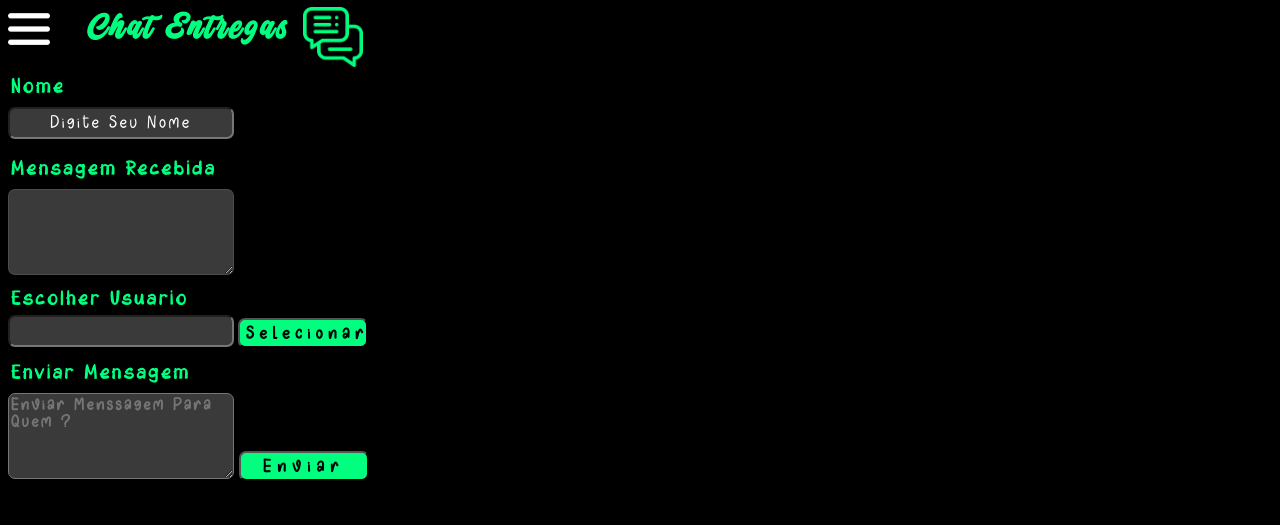
Repository: alfredo-allan/relatorioentregas
Page: pages/chatapp.html
An editor plug-in stored every save of this project. The page is shown before and after a run of saves, followed by the edit.
The browser window is 1280 px wide. The pictures show the whole page.

Above is the page before, as saved 2024-05-12 11:44:03.
Console error: TypeError: Cannot set properties of null (setting 'value')

### pages/chatapp.html
<!DOCTYPE html>
<html lang="pt-BR">
  <head>
    <meta charset="UTF-8" />
    <meta name="viewport" content="width=device-width, initial-scale=1.0" />
    <link rel="stylesheet" href="../style/styles.css" />
    <title>ChatApp</title>
  </head>
  <body>
    <header id="ChatApp">
      <img id="menu-icon" src="../img/barra-de-menu.png" alt="" />
      <div id="menu-options">
        <ul>
          <a href="/index.html"><li>Registrar Entrega</li></a>
          <a href="/pages/apagar.html"><li>Apagar Entrega</li></a>
          <a href="/pages/consultar.html"><li>Consultar Entregas</li></a>
          <a href="/pages/registrar.html"><li>Registar-Se</li></a>
        </ul>
      </div>
      <h1 id="textchat">Chat Entregas</h1>
      <img id="imgchat" src="../img/bater-papo.png" alt="" />
    </header>
    <div id="login">
      <span>Nome</span> <br />
      <input id="nomeusuario" type="text" placeholder="Digite Seu Nome" />
    </div>
    <div id="message">
      <span>Mensagem Recebida</span> <br />
      <div id="msgRecebida">
        <textarea id="msgInput" rows="4" disabled></textarea>
        <!-- Alterado para <textarea> -->
      </div>
    </div>
    <span>Escolher Usuário</span>
    <ul></ul>
    <div id="usuarios"></div>
    <br />
    <input id="lstUsu" type="text" />
    <button style="letter-spacing: 6px" id="ctsUsu">Selecionar</button>

    <div id="msgEnviar">
      <span>Enviar Mensagem</span> <br />
      <textarea
        placeholder="Enviar Menssagem Para Quem ?"
        id="enviarMsg"
        type="text"
      ></textarea>
      <button id="enviarmsg">Enviar</button>
    </div>
  </body>
  <script>
    document.addEventListener("DOMContentLoaded", function () {
      const nomeUsuarioInput = document.getElementById("nomeusuario");
      const msgInputTextarea = document.getElementById("msgInput");

      nomeUsuarioInput.addEventListener("change", function () {
        const username = nomeUsuarioInput.value;
        fetch(`http://192.168.10.20:8001/get_users?username=${username}`)
          .then((response) => {
            if (!response.ok) {
              throw new Error("Network response was not ok");
            }
            return response.json();
          })
          .then((data) => {
            const users = data.users;
            if (users.length > 0) {
              // Usuário encontrado, você pode fazer o que quiser aqui
              console.log(`Usuário ${username} encontrado`);
              // Carregar mensagens enviadas para o usuário
              fetch(
                `http://192.168.10.20:8001/get_messages_for_user/${username}`
              )
                .then((response) => {
                  if (!response.ok) {
                    throw new Error("Network response was not ok");
                  }
                  return response.json();
                })
                .then((data) => {
                  const messages = data.messages;
                  // Exibir as mensagens recebidas no campo msgInput
                  msgInputTextarea.value = messages
                    .map((msg) => `${msg.sender}: ${msg.message}`)
                    .join("\n");
                })
                .catch((error) => {
                  console.error("Error:", error);
                });
            } else {
              // Usuário não encontrado
              console.log(`Usuário ${username} não encontrado`);
              // Limpar o campo de mensagens
              msgInputTextarea.value = "";
            }
          })
          .catch((error) => {
            console.error("Error:", error);
          });
      });
    });
  </script>
  <script src="../script.js"></script>
</html>

### style/styles.css
:root {
  --las-americas: "Las-americas", sans-serif;
  --gribble-font: "Gribble";
  --helootwuins-font: "HelooTwuins";
  --verde--color: #00ff7f;
}

body {
  background-color: black;
}

@font-face {
  font-family: "Las-americas";
  src: url("../fonts/las_americas/LasAmericas_PERSONAL_USE_ONLY.otf")
    format("truetype");
  /* Adicione mais formatos (e.g. woff, woff2) conforme necessário */
}

@font-face {
  font-family: "Gribble";
  src: url("../fonts/gribble/Gribble.ttf") format("truetype");
  /* Adicione mais formatos (e.g. woff, woff2) conforme necessário */
}

@font-face {
  font-family: "HelooTwuins";
  src: url("../fonts/hello_twins/HelloTwinsDEMO.otf") format("truetype");
  /* Adicione mais formatos (e.g. woff, woff2) conforme necessário */
}

header {
  img {
    width: 42px;
    margin-right: 14px;
    text-wrap: nowrap;
  }
}

img #menu-icon {
  margin-right: 20px;
  margin-left: -1%;
}

#text-top {
  text-align: center;
  font-family: var(--las-americas);
  color: white;
  letter-spacing: 1.2px;
  margin-top: 30px;
  font-size: 40px;
}

#delivery {
  color: red;
  font-family: var(--gribble-font);
  letter-spacing: 3px;
  font-size: 25px;
  font-weight: 900;
  color: var(--verde--color);
}

.column {
  display: flex;
  flex-direction: column;
  align-items: center;
  padding: 10px 20px 15px 15px;
  border: 1px solid #ccc;
  border-radius: 2%;
  width: 300px;
  margin: 0 auto;
}

#form {
  border-radius: 2%;
  margin-top: 110px;
  margin-bottom: 250px;
  span {
    color: #00ff7f;
    font-family: var(--gribble-font);
    font-size: 20px;
    letter-spacing: 2px;
    font-weight: 600;
  }
}

input {
  text-align: center;
  margin-bottom: 5px;
  padding: 5px;
  width: 100%;
  box-sizing: border-box;
  font-weight: 600;
  margin-bottom: 10px;
  background-color: rgba(255, 255, 255, 0.226);
  color: white;
  font-family: var(--helootwuins-font);
  letter-spacing: 2px;
  font-size: 18px;
  border-radius: 7px;
}

input::placeholder {
  text-align: center;
  color: white;
  font-family: var(--helootwuins-font);
  font-weight: 400;
  font-size: 18px;
}

button {
  width: 130px;
  height: 30px;
  border-radius: 2%;
  background-color: var(--verde--color);
  font-family: var(--helootwuins-font);
  font-size: 18px;
  letter-spacing: 7px;
  font-weight: 900;
  border-radius: 7px;
}

#confirmButton {
  margin-left: 8px;
  margin-right: 20px;
}

#menu-icon {
  cursor: pointer;
}

#menu-options {
  display: none;
  position: absolute;
  top: 0;
  left: 0;
  margin-top: 60px;
  width: 63%;
  height: 35vh;
  background-color: var(--verde--color);
  color: white;
  font-family: var(--gribble-font);
  font-weight: 900;
  border-bottom-right-radius: 10%;
  color: black;
  letter-spacing: 2px;
  z-index: 999;
}

a {
  text-decoration: none; /* Remove o sublinhado */
  color: black;
}

#menu-options ul {
  list-style: none;
  padding: 0;
  margin-left: 10px;
  font-size: 20px;
}

#menu-options ul li {
  padding: 10px;
  /* border-bottom: 1px solid white; */
}

#modal {
  background: black;
  text-align: center;
}

.modal {
  display: none; /* Escondido por padrão */
  position: fixed;
  z-index: 1;
  left: 0;
  top: 0;
  width: 100%;
  height: 100%;
  overflow: auto;
  background-color: rgba(0, 0, 0, 0.4);
}

.modal-content {
  background-color: #fefefe;
  margin: 15% auto;
  padding: 20px;
  border: 2px solid #888;
  width: 80%;
  border-radius: 10px;
  background-color: black;
  p {
    margin-top: 30px;
    text-align: left;
    text-wrap: nowrap;
    font-family: var(--gribble-font);
    letter-spacing: 3px;
    font-weight: 600;
    font-size: 20px;
    color: var(--verde--color);
  }
}

.close {
  color: #aaa;
  float: right;
  font-size: 28px;
  font-weight: bold;
}

.close:hover,
.close:focus {
  color: black;
  text-decoration: none;
  cursor: pointer;
}

#data-list {
  margin: 0 auto;
  left: 50%;
  transform: translateX(-50%);
  margin: 0 auto;
  left: 50%;
  top: 60%;
  transform: translate(-50%, -50%);
  /* border: 1px solid var(--cor-azul); */
  color: var(--verde--color);
  border-radius: 5px;
  max-height: 330px;
  overflow-y: auto;
  position: absolute;
  z-index: -1;
  margin-top: 110px;
  margin-left: 0px;
  width: 336px;
  list-style: none;
  .name {
    font-family: var(--helootwuins-font);
    font-weight: 900;
    font-size: 20px;
    letter-spacing: 1px;
  }
  .item {
    font-family: var(--helootwuins-font);
    font-weight: 500;
    font-size: 20px;
    color: white;
    letter-spacing: 1px;
  }
}

#data-list {
  width: 340px;
  height: 180px;
  overflow: auto;
  /* border: 1px solid black; */
  scrollbar-color: var(--verde--color) var(--verde--color);
}

#data-list img {
  width: 25px;
  margin-left: 15px;
  margin-right: 0px;
}

#data-list::-webkit-scrollbar {
  width: 10px; /* Largura da barra de rolagem */
}

#data-list::-webkit-scrollbar-thumb {
  background-color: white; /* Cor da barra de rolagem */
  border-radius: 5px; /* Raio de borda da barra de rolagem */
}

#texto-descritivo {
  text-align: justify;
  margin-top: 200px;
  position: fixed;
  font-family: var(--luthier-font);
  letter-spacing: 3px;
  line-height: 2;
  margin-right: 8px;
  font-weight: 900;
  color: var(--verde--color);
}

.name {
  font-family: var(--gribble-font);
  font-weight: 900;
  font-size: 17px;
}
.item {
  font-family: var(--helootwuins-font);
  font-weight: 500;
  font-size: 15;
  color: white;
}

#textchat {
  font-family: var(--las-americas);
  color: var(--verde--color);
  letter-spacing: 3px;
  margin-left: 80px;
  font-size: 30px;
  margin-top: -44px;
}

#imgchat {
  width: 60px;
  position: absolute;
  margin-left: 295px;
  margin-top: -60px;
}

#message {
  input {
    width: 220px;
  }
}

#login {
  width: 226px;
  input {
    font-family: var(--gribble-font);
    letter-spacing: 3px;
  }
}

span {
  color: var(--verde--color);
  font-family: var(--gribble-font);
  font-size: 20px;
  padding: 3px;
  line-height: 2;
  letter-spacing: 3px;
  font-weight: 900;
}

#msgInput {
  width: 220px;
  height: 80px;
  background-color: rgba(255, 255, 255, 0.226);
  border-radius: 7px;
  font-family: var(--helootwuins-font);
  font-size: 17px;
  letter-spacing: 3px;
  color: var(--verde--color);
  font-weight: 600;
}

#enviarMsg {
  width: 220px;
  height: 80px;
  background-color: rgba(255, 255, 255, 0.226);
  border-radius: 7px;
  font-family: var(--helootwuins-font);
  font-size: 17px;
  letter-spacing: 3px;
  color: var(--verde--color);
  font-weight: 600;
}

#enviarmsg {
  margin-top: 58px;
  position: absolute;
  margin-left: 5px;
}

#textRegister {
  font-family: var(--las-americas);
  color: var(--verde--color);
  letter-spacing: 3px;
  margin-top: 10px;
  text-align: center;
  letter-spacing: 3px;
}

#Registrar {
  input {
    width: 170px;
  }
}

#btsRegistrar {
  margin-top: 4px;
  margin-left: 28px;
  position: absolute;
}

#lstUsu {
  width: 226px;
  position: absolute;
  margin-top: -38px;
}

input#lstUsu {
  font-family: var(--gribble-font);
  letter-spacing: 3px;
}

#ctsUsu {
  position: absolute;
  margin-left: 230px;
  margin-top: -35px;
}

### script.js
const menuIcon = document.getElementById("menu-icon");
const menuOptions = document.getElementById("menu-options");

menuIcon.addEventListener("click", function () {
  if (menuOptions.style.display === "none") {
    menuOptions.style.display = "block";
  } else {
    menuOptions.style.display = "none";
  }
});

//input data pagina index e registro
document.getElementById("data-entrega").value = new Date().toISOString().slice(0, 10);
var currentDate = new Date().toISOString().slice(0, 10);
var formattedDate = currentDate.split("-").reverse().join("/");
document.getElementById("data-entrega").value = formattedDate;
  document
    .getElementById("data-entrega")
    .addEventListener("input", formatarData);

After the next 2 saves:
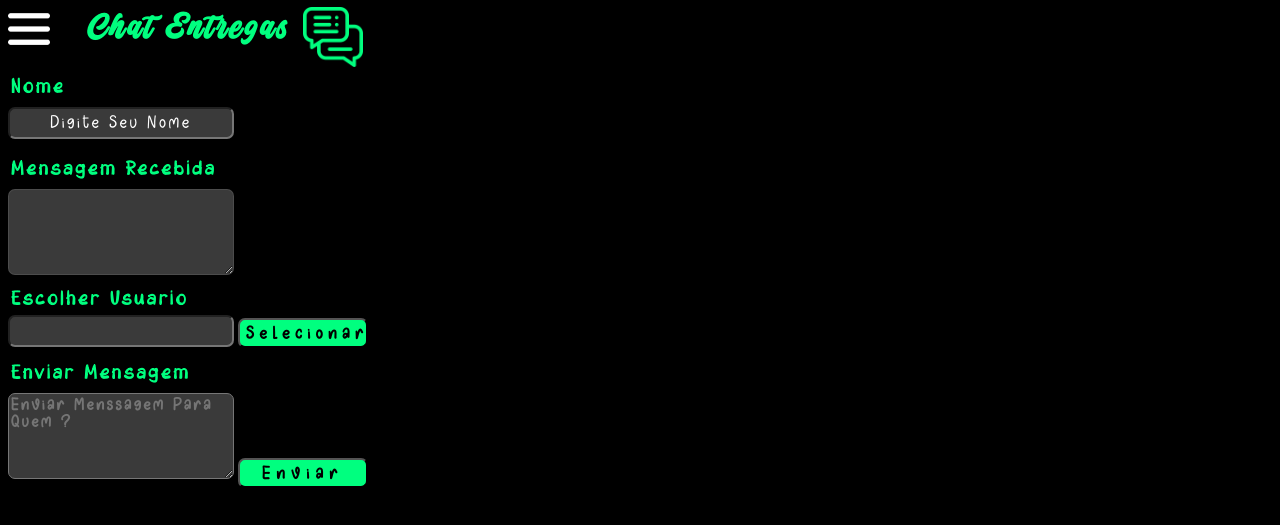
The 2 saves are shown as one change because they came seconds apart.
The last was saved 43 s later.
--- a/style/styles.css
+++ b/style/styles.css
@@ -359,6 +359,8 @@
   font-weight: 600;
 }
 
+#enviarMsg
+
 #enviarmsg {
   margin-top: 58px;
   position: absolute;

After the 5 saves that followed:
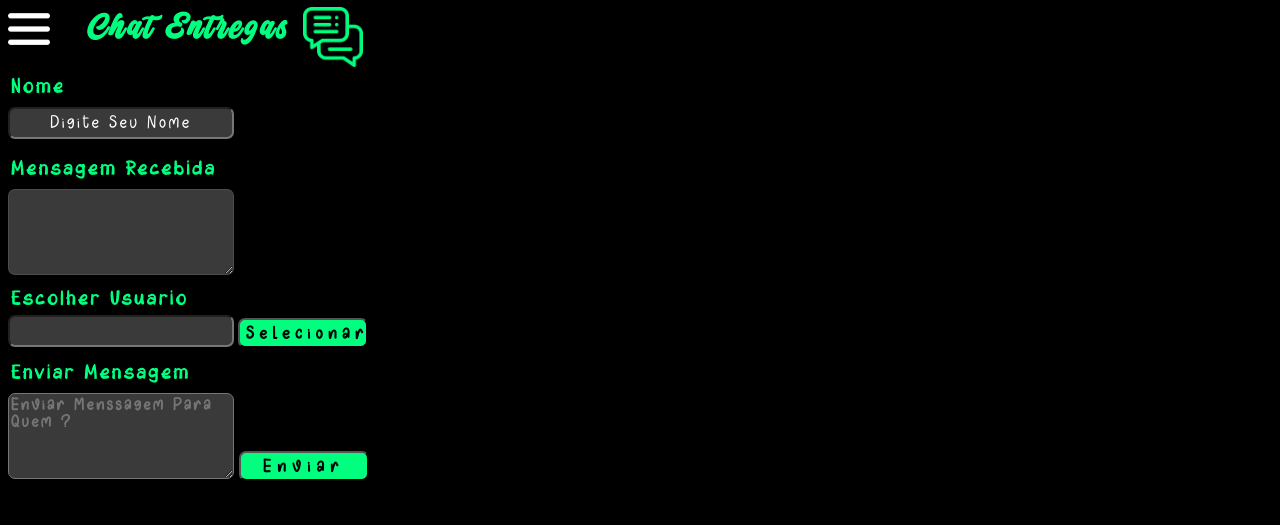
The 5 saves are shown as one change because 2 left the picture as it was and some came seconds apart.
The last was saved 48 s later.
--- a/style/styles.css
+++ b/style/styles.css
@@ -359,7 +359,9 @@
   font-weight: 600;
 }
 
-#enviarMsg
+textarea#enviarMsg {
+  letter-spacing: 3px;
+}
 
 #enviarmsg {
   margin-top: 58px;
